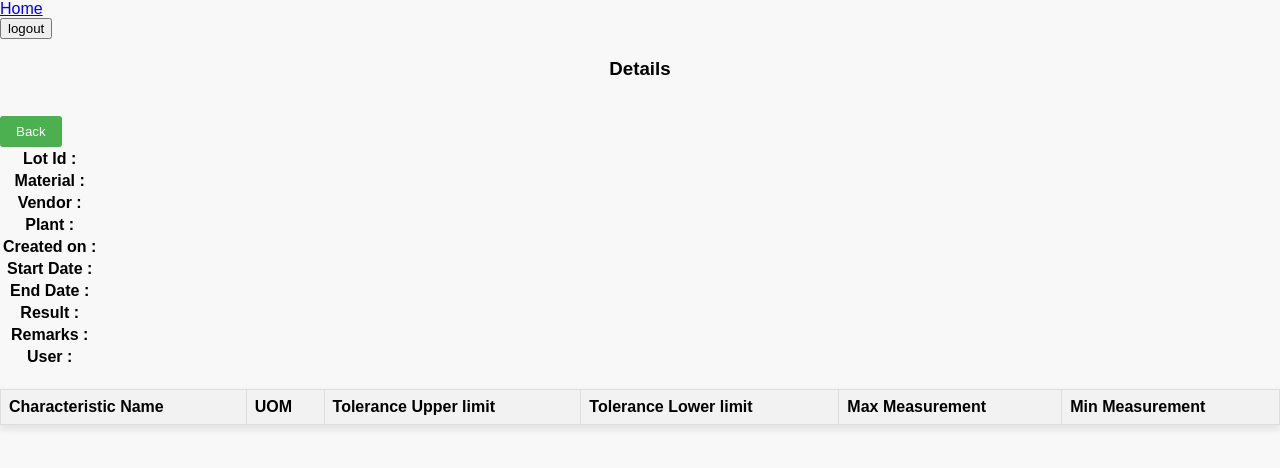
Repository: SJagadesh123/material-inspection01
Page: http://localhost/material_inspection/views/view-details.jsp
These files come from the project's save history. The page is drawn as it stood at one moment and after the next save; the edit follows.
The browser window is 1280 px wide. The pictures show the whole page.
The page is served by Tomcat 10. Other server files are loaded and not shown. The template is opened directly, without the code that normally fills it, so the values that code supplies are empty.

Above is the page before, as saved 2024-02-11 08:10:42.
Not found: material inspection/material_inspection/css/header.css

### material inspection/material_inspection/src/main/webapp/views/view-details.jsp
<jsp:include page="header.jsp"></jsp:include>
<%@ page language="java" contentType="text/html; charset=ISO-8859-1"
	pageEncoding="ISO-8859-1"%>
<%@ taglib uri="http://java.sun.com/jsp/jstl/core" prefix="c"%>
<%@taglib uri="http://www.springframework.org/tags/form" prefix="form"%>

<%@ page import="java.util.*"%>
<%@ page import="com.zettamine.mi.entities.Plant"%>

<!DOCTYPE html>
<html>
<head>
<meta charset="ISO-8859-1">
<link rel="stylesheet" href="/css/search-list.css" />
<style type="text/css">
h3 {
	text-align: center;
}

.red-text {
	color: red;
}

.form {
	max-width: 300px;
	margin: 20px auto;
	background-color: #fff;
	padding: 20px;
	border-radius: 8px;
	box-shadow: 0 0 10px rgba(0, 0, 0, 0.1);
}
</style>
<title>Approval</title>
</head>
<body>
	<h3>Details</h3>
	<br>
	<input type="button" value="Back"
		onclick="window.location.href='/material-inspection/inspection/results'">


	<table>
		<tr>
			<th>Lot Id :</th>
			<td>${inspection.inspectionLotId}</td>

		</tr>
		<tr>
			<th>Material :</th>
			<td>${inspection.material.description}</td>
		</tr>
		<tr>
			<th>Vendor :</th>
			<td>${inspection.vendor.vendorName}</td>
		</tr>
		<tr>
			<th>Plant :</th>
			<td>${inspection.plant.plantName}</td>
		</tr>
		<tr>
			<th>Created on :</th>
			<td>${inspection.inspCreatedDate}</td>
		</tr>
		<tr>
			<th>Start Date :</th>
			<td>${inspection.inspStartDate}</td>
		</tr>
		<tr>
			<th>End Date :</th>
			<td>${inspection.inspEndDate}</td>
		</tr>
		<tr>
			<th>Result :</th>
			<td>${inspection.inspectionResult}</td>
		</tr>
		<tr>
			<th>Remarks :</th>
			<td>${inspection.inspectionRemarks}</td>
		</tr>
		<tr>
			<th>User :</th>
			<td>${inspection.user.userName}</td>
		</tr>
	</table>


	<table class="search-results">
		<thead>
			<tr>
				<th>Characteristic Name</th>
				<th>UOM</th>
				<th>Tolerance Upper limit</th>
				<th>Tolerance Lower limit</th>
				<th>Max Measurement</th>
				<th>Min Measurement</th>

			</tr>
		</thead>
		<tbody>

			<c:forEach var="charItem" items="${characteristics}">
				<c:forEach var="actualItem" items="${inspectionActual}">
					<c:if
						test="${charItem.chId eq actualItem.materialCharacteristic.chId}">
						<tr>
							<td><c:out value="${charItem.chDesc}" /></td>
							<td><c:out value="${charItem.uom}" /></td>
							<td><c:out value="${charItem.upperLimit}" /></td>
							<td><c:out value="${charItem.lowerLimit}" /></td>
							<td
								<c:if test="${actualItem.maxMeasurement gt charItem.upperLimit}">
                                class="red-text"
                            </c:if>>
								<c:out value="${actualItem.maxMeasurement}" />
							</td>

							<td
								<c:if test="${actualItem.minMeasurement lt charItem.lowerLimit}">
                                class="red-text"
                            </c:if>>
								<c:out value="${actualItem.minMeasurement}" />
							</td>
						</tr>
					</c:if>


				</c:forEach>
			</c:forEach>


		</tbody>
	</table>





</body>
</html>

### material inspection/material_inspection/src/main/webapp/views/header.jsp
<%@ page language="java" contentType="text/html; charset=ISO-8859-1"
	pageEncoding="ISO-8859-1"%>


<!DOCTYPE html>
<html lang="en">

<head>
<meta charset="UTF-8">
<meta name="viewport" content="width=device-width, initial-scale=1.0">

<link rel="stylesheet" href="/css/header.css">

</head>

<body>

	<nav>
		<div id="logo">

		</div>
		<div id="home-logout">
			<a href="/material-inspection/home-page">Home</a>

		</div>
		<form action="logout"><input type="submit" value="logout"></form>
	</nav>



</body>

</html>

### material inspection/material_inspection/src/main/webapp/css/search-list.css
@charset "ISO-8859-1";

body {
	font-family: Arial, sans-serif;
	background-color: #f8f8f8;
	margin: 0;
	padding: 0;
}

table.search-results {
	width: 100%;
	border-collapse: collapse;
	margin-top: 20px;
	background-color: #fff;
	box-shadow: 0 4px 8px rgba(0, 0, 0, 0.1);
}

table.search-results th, table.search-results td {
	border: 1px solid #ddd;
	padding: 8px;
	text-align: left;
}

table.search-results th {
	background-color: #f2f2f2;
}

.action-links a {
	margin-right: 10px;
	text-decoration: none;
	padding: 5px 10px;
	border: 1px solid #ccc;
	border-radius: 3px;
	color: #333;
}

.action-links a:hover {
	background-color: green;
}

input[type="button"] {
	padding: 8px 16px;
	background-color: #4caf50;
	color: #fff;
	border: none;
	border-radius: 3px;
	cursor: pointer;
	transition: background-color 0.3s ease-in-out;
}

input[type="button"]:hover {
	background-color: #45a049;
}

.container {
	display: flex;
	justify-content: center;
	align-items: center;
	height: 100%;
	background-color: #f0f0f0;
}

.inspection-table {
	border-collapse: collapse;
	width: 30%;
	margin-top: 30px;

}

.inspection-table th, .inspection-table td {
	padding: 8px;
	text-align: left;
	border-bottom: 1px solid #ddd;
}

.inspection-table th {
	background-color: #f2f2f2;
}

.inspection-table td {
	background-color: #fff;
}

After the next save:
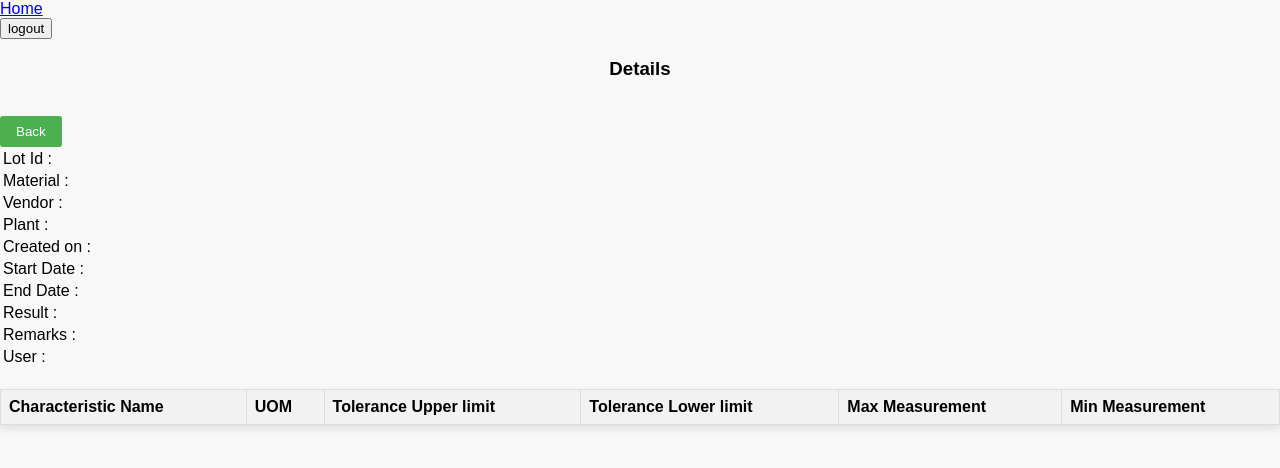
Saved 2 min 4 s later.
--- a/material inspection/material_inspection/src/main/webapp/views/view-details.jsp
+++ b/material inspection/material_inspection/src/main/webapp/views/view-details.jsp
@@ -41,44 +41,44 @@ h3 {
 
 	<table>
 		<tr>
-			<th>Lot Id :</th>
+			<td>Lot Id :</td>
 			<td>${inspection.inspectionLotId}</td>
 
 		</tr>
 		<tr>
-			<th>Material :</th>
+			<td>Material :</td>
 			<td>${inspection.material.description}</td>
 		</tr>
 		<tr>
-			<th>Vendor :</th>
+			<td>Vendor :</td>
 			<td>${inspection.vendor.vendorName}</td>
 		</tr>
 		<tr>
-			<th>Plant :</th>
+			<td>Plant :</td>
 			<td>${inspection.plant.plantName}</td>
 		</tr>
 		<tr>
-			<th>Created on :</th>
+			<td>Created on :</td>
 			<td>${inspection.inspCreatedDate}</td>
 		</tr>
 		<tr>
-			<th>Start Date :</th>
+			<td>Start Date :</td>
 			<td>${inspection.inspStartDate}</td>
 		</tr>
 		<tr>
-			<th>End Date :</th>
+			<td>End Date :</td>
 			<td>${inspection.inspEndDate}</td>
 		</tr>
 		<tr>
-			<th>Result :</th>
+			<td>Result :</td>
 			<td>${inspection.inspectionResult}</td>
 		</tr>
 		<tr>
-			<th>Remarks :</th>
+			<td>Remarks :</td>
 			<td>${inspection.inspectionRemarks}</td>
 		</tr>
 		<tr>
-			<th>User :</th>
+			<td>User :</td>
 			<td>${inspection.user.userName}</td>
 		</tr>
 	</table>
